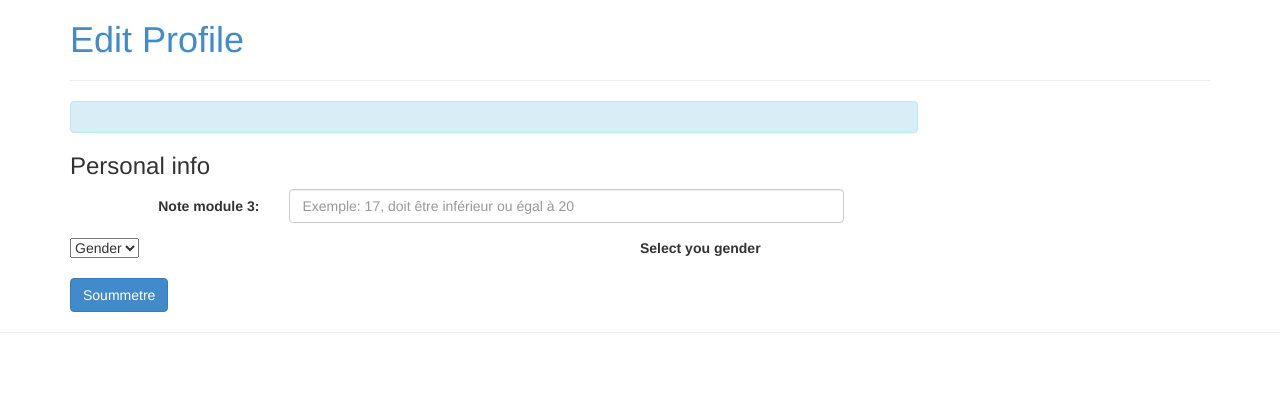
Repository: tt5300447/parakeet
Page: http://localhost/
An editor plug-in stored every save of this project. The page is shown before and after the next save, followed by the edit.
The browser window is 1280 px wide. The pictures show the whole page.
The page is run by PHP 8.4 with error messages shown; the project is at /var/www/html/.

Above is the page before, as saved 2022-06-22 12:28:02.
Console error (its wording comes from the project's code and is left out).

After the next save:
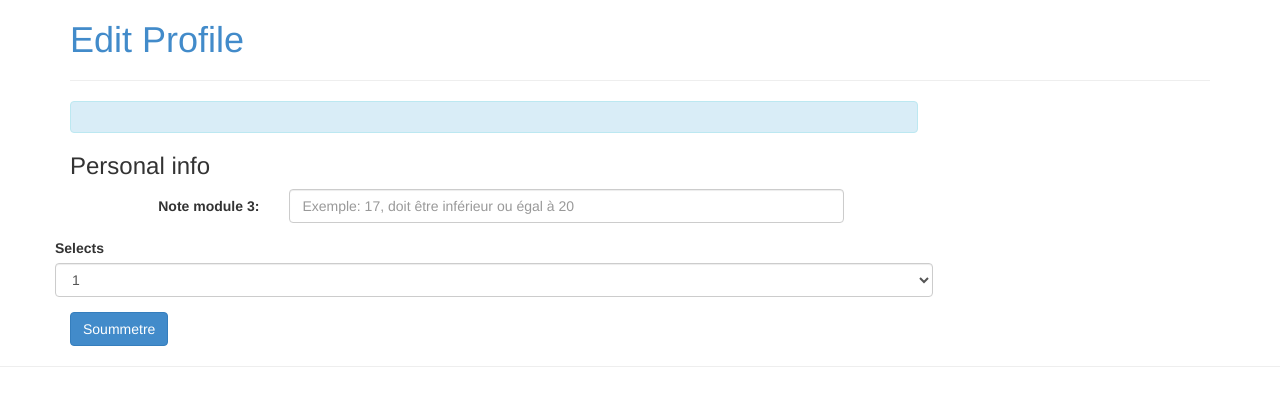
Saved 3 min 44 s later.
--- a/Copier/htdocs/Supprimer/index.php
+++ b/Copier/htdocs/Supprimer/index.php
@@ -34,16 +34,15 @@
                             <input class="form-control" name="module_3" type="number" placeholder="Exemple: 17, doit être inférieur ou égal à 20" />
                         </div>
                     </div>
-                     <div class="form-group">
-                        <label for="gender"> Select you gender</label>
-                        <div class="col-lg-8">
-                            <select name="gender">
-                                <option value="none" selected>Gender</option>
-                                <option value="male">Male</option>
-                                <option value="female">Female</option>
-                                <option value="other">other</option>
-                            </select>
-                        </div>
+                    <div class="form-group">
+                        <label>Selects</label>
+                        <select class="form-control">
+                            <option>1</option>
+                            <option>2</option>
+                            <option>3</option>
+                            <option>4</option>
+                            <option>5</option>
+                        </select>
                     </div>
                     <button type="submit" class="btn btn-primary">Soummetre</button>
                 </form>
